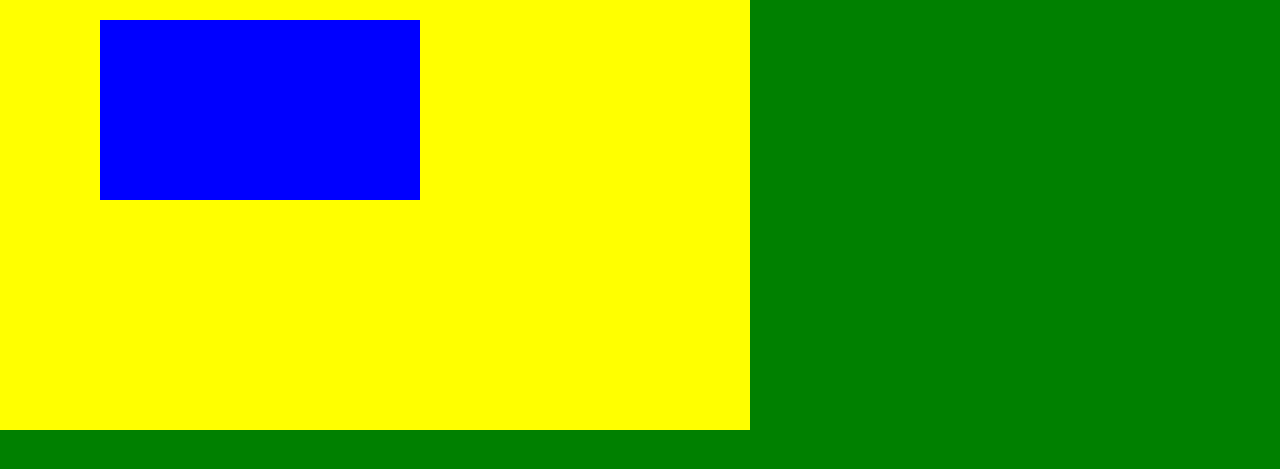
Repository: wonjunknag/kakao-clone
Page: 02-box-model/index.html
An editor plug-in stored every save of this project. The page is shown before and after the next save, followed by the edit.
The browser window is 1280 px wide. The pictures show the whole page.

Above is the page before, as saved 2020-06-30 23:03:48.

### 02-box-model/index.html
<!DOCTYPE html>
<html lang="en">
  <head>
    <meta charset="UTF-8" />
    <meta name="viewport" content="width=device-width, initial-scale=1.0" />
    <meta http-equiv="X-UA-Compatible" content="ie=edge" />
    <title>Box model</title>
    <style>
      body,
      html {
        padding: 0;
        margin: 0;
        background-color: green;
        height: 100%;
      }
      .box {
        background-color: yellow;
        width: 50%;
        height: 50%;
        padding: 20px 10px 50px 100px;
      }
      .inside-box {
        background-color: blue;
        width: 50%;
        height: 50%;
      }
    </style>
  </head>
  <body>
    <div class="box">
      <div class="inside-box"></div>
    </div>
  </body>
</html>

After the next save:
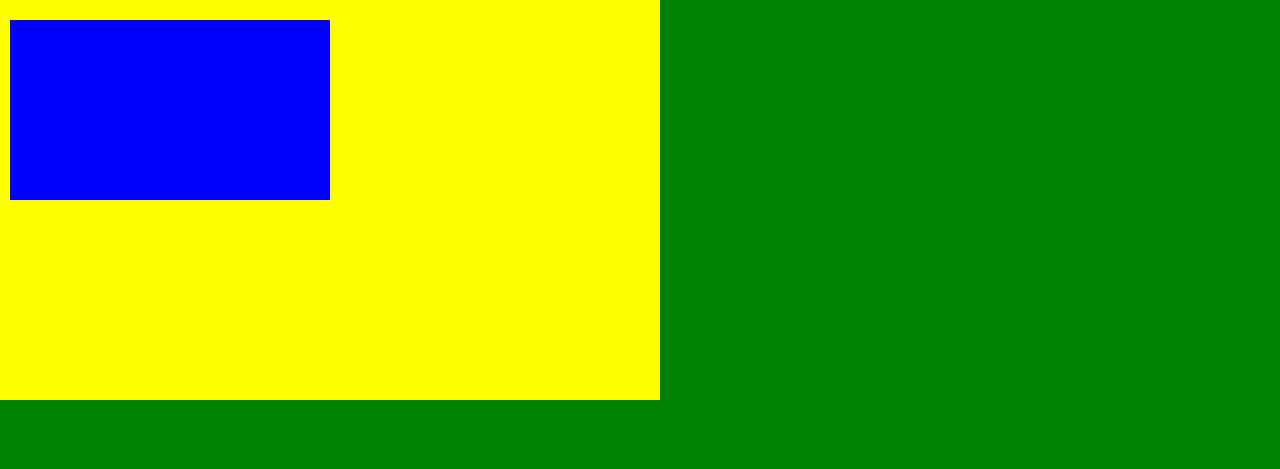
Saved 9 s later.
--- a/02-box-model/index.html
+++ b/02-box-model/index.html
@@ -17,7 +17,7 @@
         background-color: yellow;
         width: 50%;
         height: 50%;
-        padding: 20px 10px 50px 100px;
+        padding: 20px 10px;
       }
       .inside-box {
         background-color: blue;
